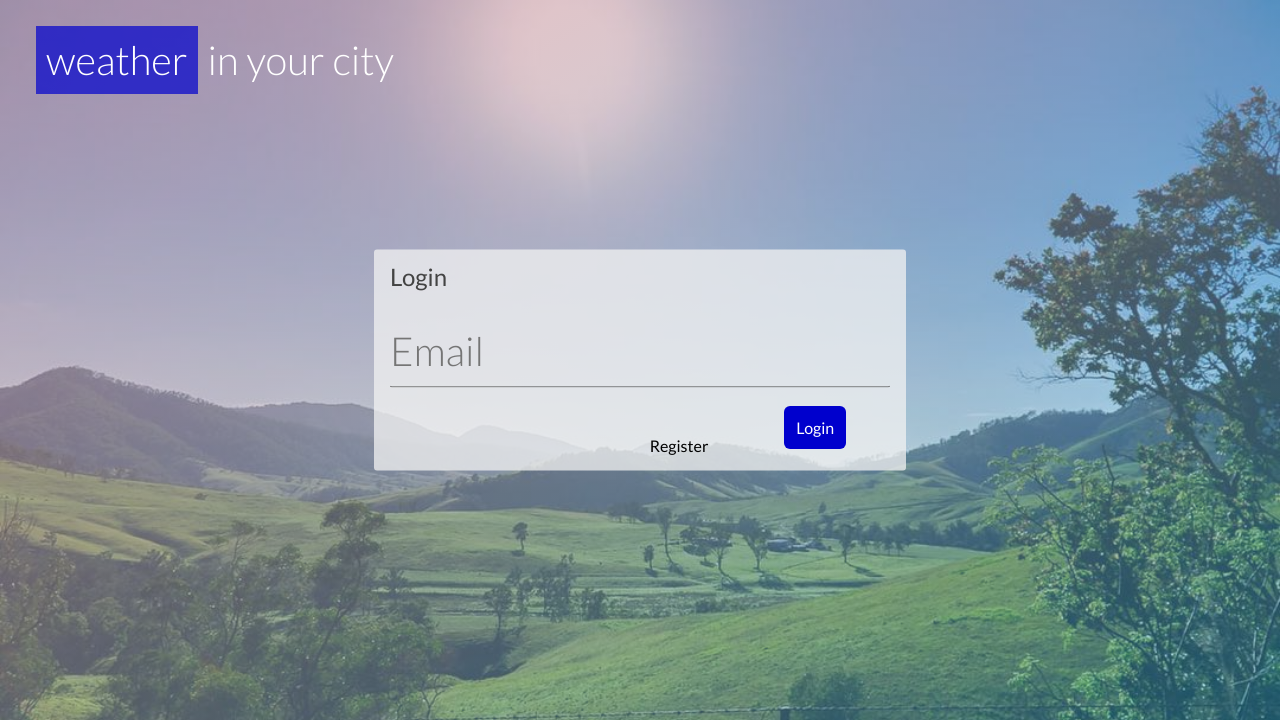
Repository: nosplashurinal/weather-app
Page: /, after clicking the first element matching `button.next`
An editor plug-in stored every save of this project. The page is shown before and after the next save, followed by the edit.
The browser window is 1280 px wide. The pictures show the whole page.
The project was rebuilt for these pictures with package versions that can differ from the ones it lists, and the page was loaded fresh each time. Also part of the build but not shown: src/components/RecentSearches.vue, src/components/Search.vue, src/components/WeatherDataBlock.vue.

Above is the page before, as saved 2018-12-31 17:11:52.

After the next save:
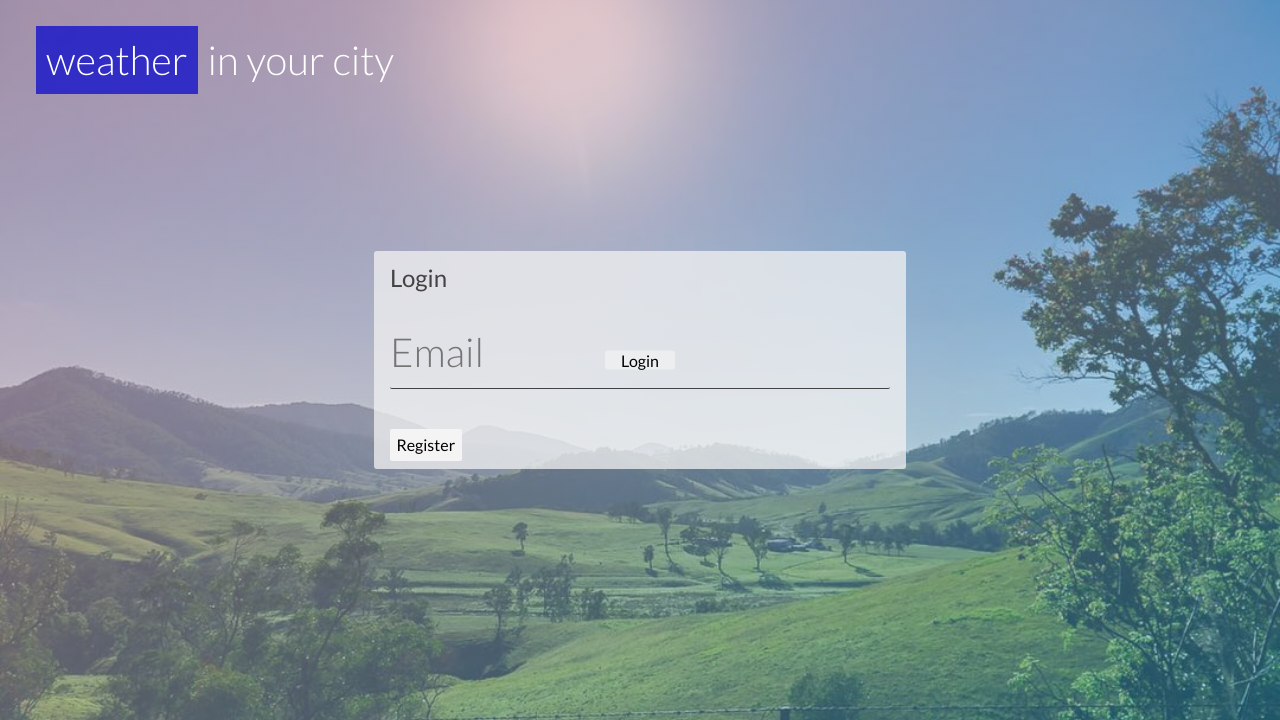
Saved 22 s later.
--- a/src/styles/login.scss
+++ b/src/styles/login.scss
@@ -53,33 +53,33 @@
         color: #434343;
       }
     }
-  }
-  .button-container {
-    flex: none;
-    position: relative;
-    bottom: 0;
-    display: flex;
-    width: 100%;
-    justify-content: center;
-    .login {
-      background: $blue;
-      color: #fff;
-      text-align: center;
-      border-radius: 6px;
-      cursor: pointer;
-      width: auto;
+    .button-container {
+      flex: none;
       position: relative;
-      flex: none;
-      padding: 0.75em;
-      margin: 0;
-    }
-    .register-button {
-      flex: none;
-      margin-left: 1em;
-      background: none;
-      cursor: pointer;
-      &:hover {
-        text-decoration: underline;
+      bottom: 0;
+      display: flex;
+      width: 100%;
+      justify-content: center;
+      .login {
+        background: $blue;
+        color: #fff;
+        text-align: center;
+        border-radius: 6px;
+        cursor: pointer;
+        width: auto;
+        position: relative;
+        flex: none;
+        padding: 0.75em;
+        margin: 0;
+      }
+      .register-button {
+        flex: none;
+        margin-left: 1em;
+        background: none;
+        cursor: pointer;
+        &:hover {
+          text-decoration: underline;
+        }
       }
     }
   }

After the save that followed:
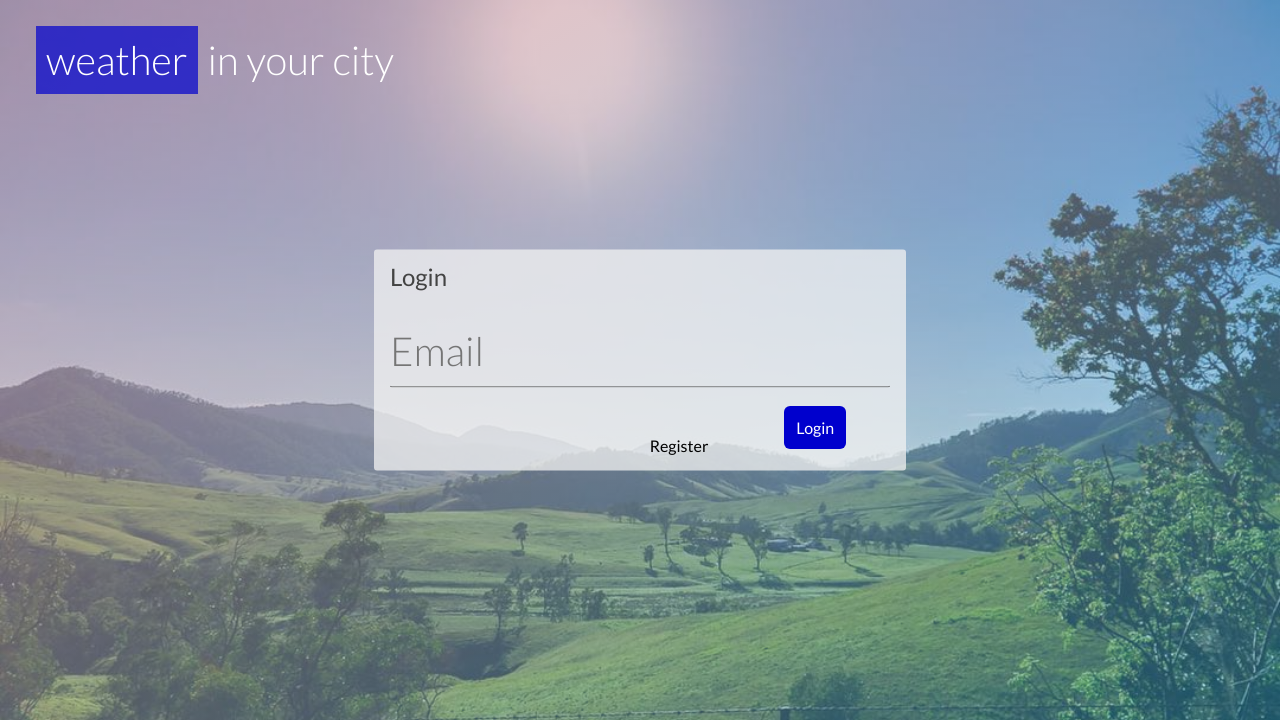
Saved 18 s later.
--- a/src/components/Login.vue
+++ b/src/components/Login.vue
@@ -11,10 +11,10 @@
         placeholder="Email"
         v-on:keypress="onKeyPress"
       >
-    </div>
-    <div class="button-container">
-      <button class="login" v-on:click="onLogin">Login</button>
-      <button class="register-button">Register</button>
+      <div class="button-container">
+        <button class="login" v-on:click="onLogin">Login</button>
+        <button class="register-button">Register</button>
+      </div>
     </div>
   </div>
 </template>
